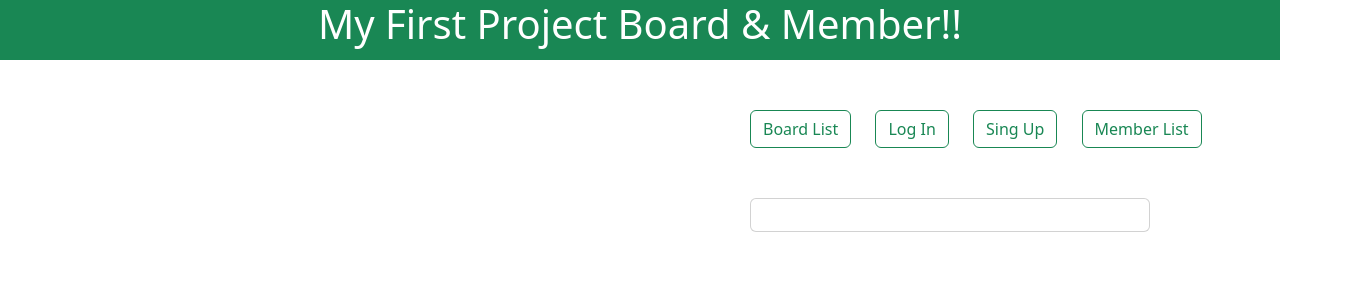
Repository: Raneechoi/java2022_09_03
Page: http://localhost/Project/mem/login_auth
An editor plug-in stored every save of this project. The page is shown before and after the next save, followed by the edit.
The browser window is 1280 px wide. The page is 1350 px wide, then 1310 px, so the pictures cover 1350 px, including what lies to the right of the window. The pictures show the whole page.
The page is served by Tomcat 9. Queries for data that is not in the repository find no rows.

Above is the page before, as saved 2022-12-08 06:16:31.

After the next save:
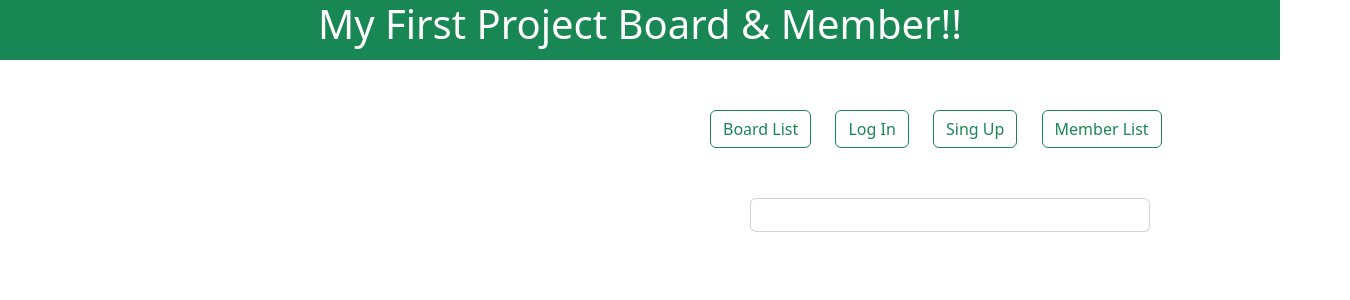
Saved 64 s later.
--- a/JSP_Board&Member/Project/src/main/webapp/index.jsp
+++ b/JSP_Board&Member/Project/src/main/webapp/index.jsp
@@ -16,7 +16,7 @@
 	<h1 style="text-align: center;">My First Project Board & Member!!</h1>
 </div>
 
-<div style="width: 600px; display:inline-block; margin-left: 750px; margin-top: 50px;">
+<div style="width: 600px; display:inline-block; margin-left: 710px; margin-top: 50px;">
 		<a href="/bor/pageList" style="margin-right: 20px"><button class="btn btn-outline-success">Board List</button></a>
 		<a href="/mem/login" style="margin-right: 20px"><button class="btn btn-outline-success">Log In</button></a>
 		<a href="/mem/join" style="margin-right: 20px"><button class="btn btn-outline-success">Sing Up</button></a>
